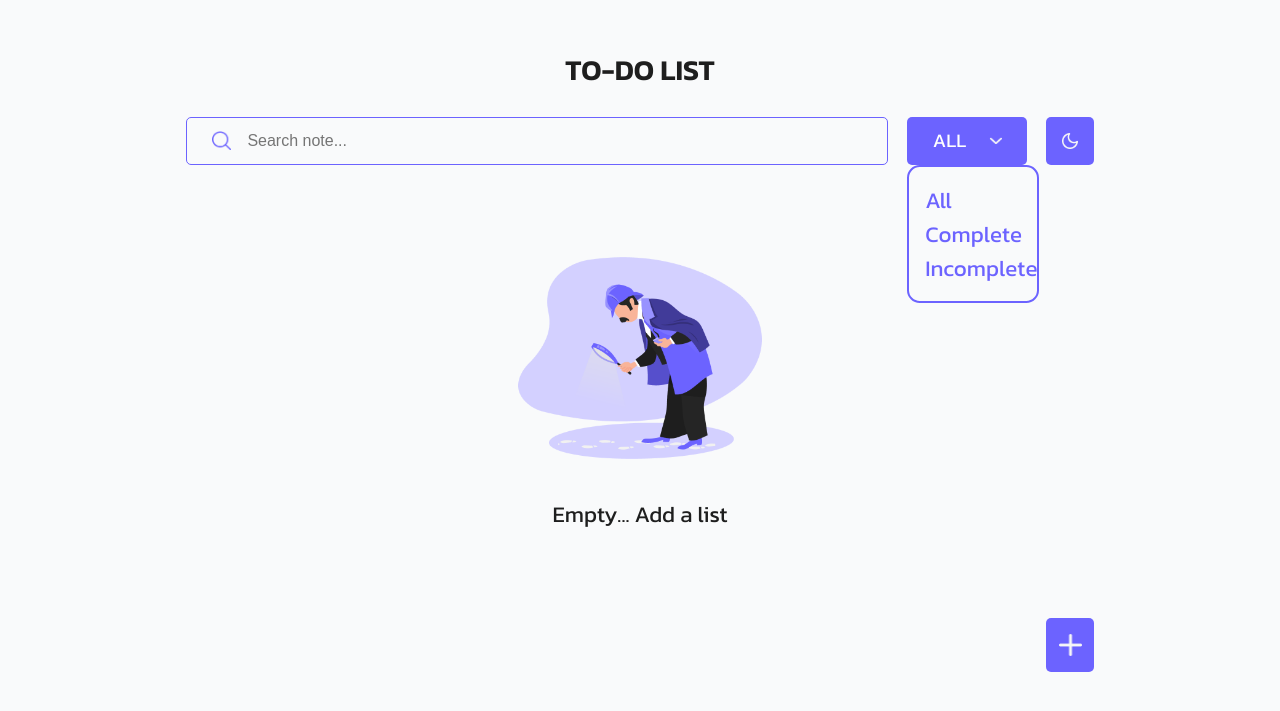
Repository: Marykeje/To-do-list
Page: index.html
The author's editor kept a copy of each file at every save. The page is drawn from the files as they stood at one save, then again after the next save.
The browser window is 1280 px wide. The pictures show the whole page.
The style sheet was rebuilt from its Sass, Less or Tailwind sources for each picture, by a compiler version that may differ from the author's.

Above is the page before, as saved 2025-12-03 11:31:18.

After the next save:
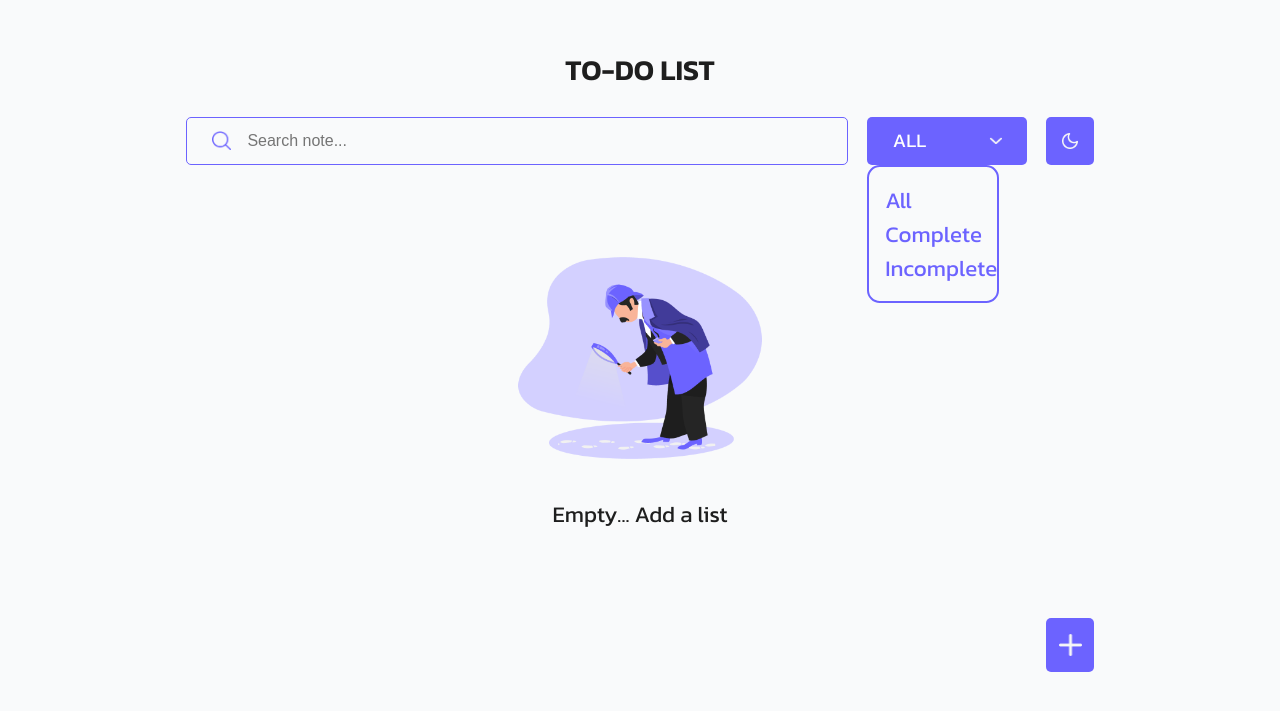
Saved 90 s later.
--- a/sass/pages/style.scss
+++ b/sass/pages/style.scss
@@ -121,6 +121,7 @@ body {
 
     padding: 1rem 1.6rem;
     height: 3rem;
+    width: 10rem;
 
     font-size: 1.2rem;
     background-color: #6c63ff;
